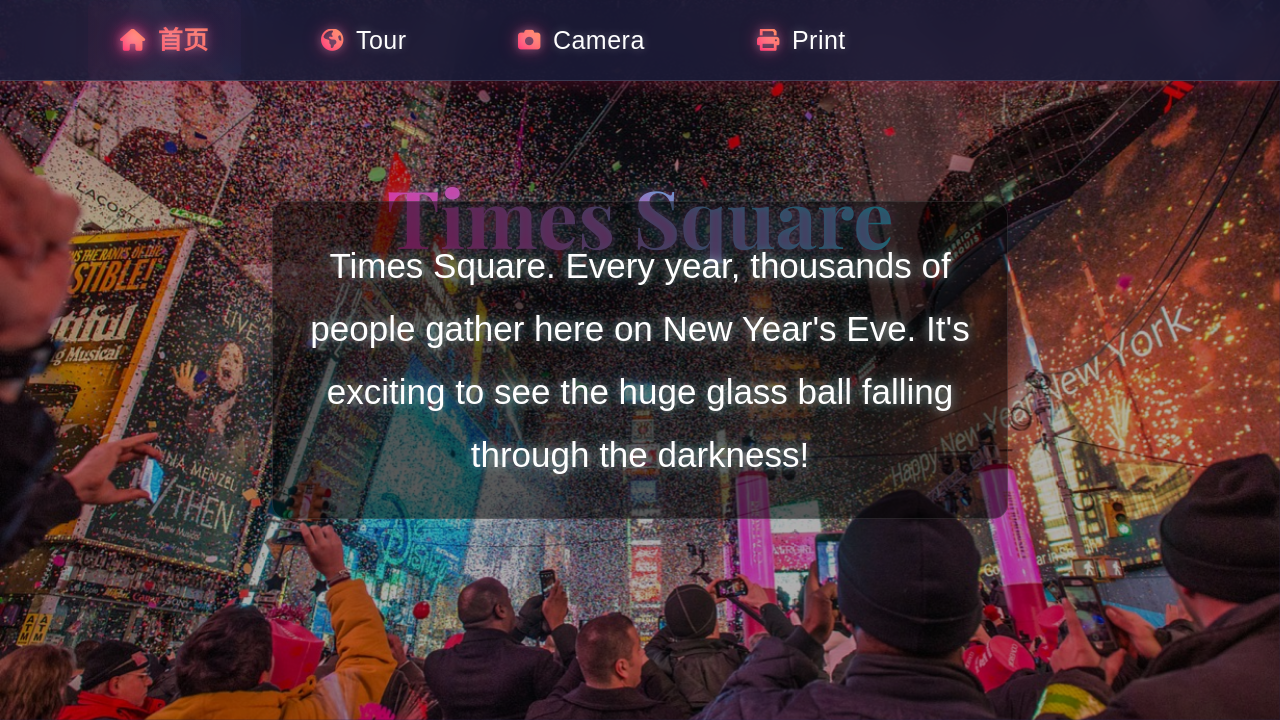
Repository: huang-heavenly-Emperor/NewYork
Page: times-square.html
The author's editor kept a copy of each file at every save. The page is drawn from the files as they stood at one save, then again after the next save.
The browser window is 1280 px wide. The pictures show the whole page.

Above is the page before, as saved 2024-12-12 09:55:33.

### times-square.html
<!DOCTYPE html>
<html lang="en">

<head>
  <meta charset="UTF-8">
  <meta name="viewport" content="width=device-width, initial-scale=1.0">
  <title>Times Square - NYC</title>
  <link rel="stylesheet" href="css/times-square.css">
  <link rel="stylesheet" href="https://cdnjs.cloudflare.com/ajax/libs/font-awesome/6.0.0/css/all.min.css">
  <link rel="stylesheet" href="css/animations.css">
  <link rel="stylesheet" href="css/style.css">
  <link href="https://fonts.googleapis.com/css2?family=Playfair+Display:wght@700&family=Inter:wght@400;500&display=swap"
    rel="stylesheet">
</head>

<body>
  <nav class="main-nav">
    <ul class="nav-links">
      <li>
        <a href="/" class="active">
          <i class="fas fa-home"></i>
          首页
        </a>
      </li>
      <li class="dropdown">
        <a href="/tour">
          <i class="fas fa-globe-americas"></i>
          Tour
        </a>
        <ul class="dropdown-menu">
          <li>
            <a href="/asia">
              <i class="fas fa-torii-gate"></i>
              Asia
            </a>
          </li>
          <li>
            <a href="/africa">
              <i class="fas fa-sun"></i>
              Africa
            </a>
          </li>
          <li>
            <a href="/europe">
              <i class="fas fa-landmark"></i>
              Europe
            </a>
          </li>
          <li class="nested-dropdown">
            <a href="/america">
              <i class="fas fa-flag-usa"></i>
              America
            </a>
            <ul class="nested-dropdown-menu">
              <li class="usa-dropdown">
                <a href="/usa">
                  <i class="fas fa-star"></i>
                  The USA
                </a>
                <ul class="usa-dropdown-menu">
                  <li>
                    <a href="/wall-street">
                      <i class="fas fa-chart-line"></i>
                      Wall Street
                    </a>
                  </li>
                  <li>
                    <a href="/times-square">
                      <i class="fas fa-city"></i>
                      Times Square
                    </a>
                  </li>
                  <li>
                    <a href="/san-francisco">
                      <i class="fas fa-bridge"></i>
                      San Francisco
                    </a>
                  </li>
                  <li>
                    <a href="/broadway">
                      <i class="fas fa-theater-masks"></i>
                      Broadway
                    </a>
                  </li>
                </ul>
              </li>
            </ul>
          </li>
          <li>
            <a href="/others">
              <i class="fas fa-ellipsis-h"></i>
              Others
            </a>
          </li>
        </ul>
      </li>
      <li>
        <a href="/camera">
          <i class="fas fa-camera"></i>
          Camera
        </a>
      </li>
      <li>
        <a href="/print">
          <i class="fas fa-print"></i>
          Print
        </a>
      </li>
    </ul>
  </nav>

  <div class="banner">
    <img src="images/2.jpg" alt="Times Square">
    <h1>Times Square</h1>
  </div>

  <article class="content">
    <p class="article-text">
      Times Square. Every year, thousands of people gather here on New Year's Eve. It's exciting to see the huge glass ball falling through the darkness!
    </p>
  </article>
</body>

</html>

### css/times-square.css
/* 基础样式 */
* {
    margin: 0;
    padding: 0;
    box-sizing: border-box;
}

body {
    font-family: 'Inter', sans-serif;
    line-height: 1.6;
    color: #ffffff;
    background: #000000;
    height: 100vh;
    overflow: hidden;
}

/* Banner区域 */
.banner {
    position: relative;
    width: 100vw;
    height: 100vh;
    overflow: hidden;
}

.banner img {
    width: 100%;
    height: 100%;
    object-fit: cover;
    filter: brightness(0.7);
    animation: zoomIn 1.5s ease-out forwards;
}

.banner h1 {
    position: absolute;
    top: 30%;
    left: 50%;
    transform: translate(-50%, -50%);
    font-family: 'Playfair Display', serif;
    font-size: 5rem;
    background: linear-gradient(45deg, #FF1493, #00FFFF);
    -webkit-background-clip: text;
    -webkit-text-fill-color: transparent;
    text-shadow:
        0 0 10px rgba(255, 20, 147, 0.5),
        0 0 20px rgba(0, 255, 255, 0.5);
    opacity: 0;
    animation: titleReveal 1.2s ease-out 0.8s forwards;
}

/* 文章内容 */
.content {
    position: absolute;
    top: 50%;
    left: 50%;
    transform: translate(-50%, -50%);
    max-width: 800px;
    width: 90%;
    padding: 2rem;
    z-index: 2;
    opacity: 0;
    animation: contentFadeIn 1s ease-out 1.5s forwards;
}

.article-text {
    font-size: 35px;
    line-height: 1.8;
    color: #ffffff;
    text-align: center;
    text-shadow:
        0 0 10px rgba(255, 255, 255, 0.5),
        0 0 20px rgba(0, 255, 255, 0.3);
    background: rgba(0, 0, 0, 0.5);
    padding: 2rem;
    border-radius: 15px;
    backdrop-filter: blur(10px);
    border: 1px solid rgba(255, 255, 255, 0.1);
}

/* 动画定义 */
@keyframes zoomIn {
    0% {
        transform: scale(1.2);
        filter: brightness(0);
    }
    100% {
        transform: scale(1);
        filter: brightness(0.7);
    }
}

@keyframes titleReveal {
    0% {
        opacity: 0;
        transform: translate(-50%, -30%);
        letter-spacing: 15px;
        text-shadow:
            0 0 20px rgba(255, 20, 147, 0.8),
            0 0 40px rgba(0, 255, 255, 0.8);
    }
    100% {
        opacity: 1;
        transform: translate(-50%, -50%);
        letter-spacing: normal;
        text-shadow:
            0 0 10px rgba(255, 20, 147, 0.5),
            0 0 20px rgba(0, 255, 255, 0.5);
    }
}

@keyframes contentFadeIn {
    0% {
        opacity: 0;
        transform: translate(-50%, -30%);
    }
    100% {
        opacity: 1;
        transform: translate(-50%, -50%);
    }
}

/* 响应式设计 */
@media (max-width: 768px) {
    .banner h1 {
        font-size: 3rem;
    }

    .article-text {
        font-size: 28px;
        padding: 1.5rem;
    }
}

@media (max-width: 480px) {
    .banner h1 {
        font-size: 2.5rem;
    }

    .article-text {
        font-size: 24px;
        padding: 1rem;
    }
}

### css/animations.css
/* 开屏动画 */
@keyframes fadeInScale {
  0% {
    opacity: 0;
    transform: scale(0.9);
  }
  50% {
    opacity: 0.5;
    transform: scale(1.02);
  }
  100% {
    opacity: 1;
    transform: scale(1);
  }
}

@keyframes slideInFromBottom {
  0% {
    opacity: 0;
    transform: translate(-50%, 50px);
  }
  60% {
    opacity: 0.8;
    transform: translate(-50%, -5px);
  }
  80% {
    transform: translate(-50%, 2px);
  }
  100% {
    opacity: 1;
    transform: translate(-50%, 0);
  }
}

@keyframes slideInFromTop {
  0% {
    opacity: 0;
    transform: translateY(-30px);
  }
  100% {
    opacity: 1;
    transform: translateY(0);
  }
}

@keyframes fadeInRotate {
  0% {
    opacity: 0;
    transform: rotate(-10deg) scale(0.95);
  }
  100% {
    opacity: 1;
    transform: rotate(0) scale(1);
  }
}

/* 导航栏画 */
.main-nav {
  animation: slideInFromTop 0.8s cubic-bezier(0.34, 1.56, 0.64, 1);
}

.nav-links li {
  opacity: 0;
  animation: fadeInRotate 0.6s cubic-bezier(0.34, 1.56, 0.64, 1) forwards;
}

.nav-links li:nth-child(1) { animation-delay: 0.2s; }
.nav-links li:nth-child(2) { animation-delay: 0.3s; }
.nav-links li:nth-child(3) { animation-delay: 0.4s; }
.nav-links li:nth-child(4) { animation-delay: 0.5s; }

/* 导航链接悬停效果 */
.nav-links a {
  transition: all 0.3s cubic-bezier(0.34, 1.56, 0.64, 1);
}

.nav-links a:hover {
  transform: translateY(-2px) scale(1.05);
  text-shadow: 0 2px 4px rgba(0, 0, 0, 0.2);
}

/* 火箭动画 */
.rocketManSVG {
  opacity: 0;
  animation: fadeInScale 1s cubic-bezier(0.23, 1, 0.32, 1) 1s forwards;
}

/* 星星动画 */
.star {
  opacity: 0;
  animation: fadeInRotate 0.8s cubic-bezier(0.34, 1.56, 0.64, 1) forwards;
}

.starContainer .star:nth-child(odd) {
  animation-delay: 0.5s;
}

.starContainer .star:nth-child(even) {
  animation-delay: 0.7s;
}

/* 卫星动画 */
.satellite {
  opacity: 0;
  animation: fadeInScale 1s cubic-bezier(0.23, 1, 0.32, 1) 1.2s forwards;
}

/* 标题动画 */
.demo--dancing-shadows__title {
  animation: fadeInScale 1.8s cubic-bezier(0.23, 1, 0.32, 1);
}

.text-wrapper {
  animation: fadeInScale 2s cubic-bezier(0.23, 1, 0.32, 1) 0.2s backwards;
}

/* CTA按钮动画 */
.cta-wrapper {
  position: fixed;
  bottom: 50px;
  left: 50%;
  transform: translateX(-50%);
  z-index: 1000;
  animation: slideInFromBottom 1.2s cubic-bezier(0.34, 1.56, 0.64, 1) 1.5s backwards;
  opacity: 1;
}

.cta-button {
  transition: all 0.5s cubic-bezier(0.34, 1.56, 0.64, 1);
  will-change: transform;
  position: relative;
  z-index: 1000;
  opacity: 1;
}

.cta-button:hover {
  transform: translateY(-6px) scale(1.03);
  box-shadow: 0 12px 35px rgba(255, 107, 107, 0.4);
  background: linear-gradient(135deg,
    rgba(255, 127, 127, 0.98),
    rgba(255, 127, 167, 0.98)
  );
  letter-spacing: 1px;
}

.cta-button:active {
  transform: translateY(-2px) scale(0.98);
  box-shadow: 0 6px 20px rgba(255, 107, 107, 0.4);
  transition: all 0.2s cubic-bezier(0.34, 1.56, 0.64, 1);
}

/* 文字悬停效果 */
.text-item {
  transition: all 0.4s cubic-bezier(0.34, 1.56, 0.64, 1);
  will-change: transform;
}

.text-item:hover {
  transform: translateY(-4px) scale(1.08);
  text-shadow: 0 0.15rem black,
               0 0.25rem black,
               0 0.35rem black,
               0 0.45rem black,
               0 0.65rem black,
               0 0.75rem rgba(255, 255, 255, 0.8),
               0 0.85rem rgba(255, 255, 255, 0.6);
}

/* 背景动画效果 */
.demo--dancing-shadows__title:before {
  transition: all 0.8s cubic-bezier(0.23, 1, 0.32, 1);
}

.demo--dancing-shadows__title:hover:before {
  filter: hue-rotate(25deg) brightness(1.15);
}

### css/style.css
/* 璀璨大气的配色方案 */
:root {
    --primary: #FF1E6C;
    --secondary: #2E8FFF;
    --accent-1: #9D3FFF;
    --accent-2: #00E5B8;
    --accent-3: #FFD700;
    --dark: #1C1C3A;
    --nav-bg: rgba(28, 28, 58, 0.85);
    --text-light: #ffffff;
    --text-dim: rgba(255, 255, 255, 0.9);

    /* 明亮绚丽的渐变 */
    --gradient-1: linear-gradient(45deg, #FF1E6C, #FF8E53);
    --gradient-2: linear-gradient(45deg, #2E8FFF, #00E5B8);
    --gradient-3: linear-gradient(45deg, #9D3FFF, #FF1E6C);
    --gradient-4: linear-gradient(45deg, #FFD700, #FF8E53);
    --gradient-nav: linear-gradient(90deg,
            rgba(255, 30, 108, 0.15),
            rgba(46, 143, 255, 0.15),
            rgba(157, 63, 255, 0.15));

    /* 炫彩光效 */
    --glow-primary: 0 0 20px rgba(255, 30, 108, 0.3);
    --glow-secondary: 0 0 20px rgba(46, 143, 255, 0.3);
    --glow-accent: 0 0 20px rgba(157, 63, 255, 0.3);

    --shadow-sm: 0 2px 8px rgba(255, 30, 108, 0.15);
    --shadow-md: 0 4px 20px rgba(157, 63, 255, 0.2);
    --shadow-lg: 0 8px 30px rgba(46, 143, 255, 0.25);
    --transition: all 0.4s cubic-bezier(0.4, 0, 0.2, 1);
}

body {
    margin: 0;
    padding: 0;
    font-family: 'Poppins', sans-serif;
    background: linear-gradient(135deg, var(--dark), #2A2A5A);
    color: var(--text-light);
    overflow-x: hidden;
}

li {
    list-style: none;
}

/* 现代导航栏样式 */
.main-nav {
    position: fixed;
    left: 0;
    top: 0;
    width: 100%;
    background: var(--nav-bg);
    backdrop-filter: blur(15px);
    z-index: 1000;
    border-bottom: 1px solid rgba(255, 255, 255, 0.15);
    box-shadow: var(--glow-primary);
}

/* 导航链接容器 */
.nav-links {
    display: flex;
    list-style: none;
    margin: 0;
    padding: 0 4rem;
    height: 80px;
}

.nav-links>li {
    position: relative;
    margin: 0 1.5rem;
}

/* 导航链接基础样式 */
.nav-links a {
    display: flex;
    align-items: center;
    padding: 0 2rem;
    height: 100%;
    color: var(--text-light);
    text-decoration: none;
    font-size: 25px;
    font-weight: 500;
    letter-spacing: 0.5px;
    transition: var(--transition);
    position: relative;
    z-index: 1;
    text-shadow: 0 0 10px rgba(255, 255, 255, 0.3);
}

/* 导航链接悬停效果 */
.nav-links>li>a::before {
    content: '';
    position: absolute;
    top: 50%;
    left: 0;
    width: 100%;
    height: 0;
    background: var(--gradient-nav);
    opacity: 0;
    transition: var(--transition);
    z-index: -1;
    border-radius: 8px;
}

.nav-links>li:hover>a::before {
    height: 85%;
    top: 8%;
    opacity: 1;
}

.nav-links>li>a::after {
    content: '';
    position: absolute;
    bottom: 0;
    left: 50%;
    width: 0;
    height: 3px;
    background: var(--gradient-1);
    transform: translateX(-50%);
    transition: var(--transition);
    box-shadow: var(--glow-primary);
}

.nav-links>li:hover>a::after {
    width: 100%;
}

/* 图标动画 */
.nav-links i {
    margin-right: 12px;
    font-size: 1.4rem;
    transition: var(--transition);
    background: var(--gradient-1);
    -webkit-background-clip: text;
    background-clip: text;
    -webkit-text-fill-color: transparent;
    filter: drop-shadow(0 0 8px rgba(255, 30, 108, 0.5));
}

.nav-links a:hover i {
    transform: translateY(-3px) scale(1.2);
    background: var(--gradient-4);
    -webkit-background-clip: text;
    background-clip: text;
    filter: drop-shadow(0 0 12px rgba(255, 215, 0, 0.6));
}

/* 下拉菜单容器 */
.dropdown-menu,
.nested-dropdown-menu,
.usa-dropdown-menu {
    position: absolute;
    background: rgba(28, 28, 58, 0.9);
    backdrop-filter: blur(20px);
    min-width: 280px;
    opacity: 0;
    visibility: hidden;
    transform: translateY(20px);
    transition: var(--transition);
    border-radius: 16px;
    padding: 1rem 0;
    border: 1px solid rgba(255, 255, 255, 0.2);
    box-shadow: var(--shadow-lg), var(--glow-secondary);
}

.dropdown-menu {
    top: 100%;
    left: 50%;
    transform: translateX(-50%) translateY(20px);
    margin-top: 0.5rem;
}

.nested-dropdown-menu,
.usa-dropdown-menu {
    top: 0;
    left: calc(100% + 0.5rem);
    transform: translateX(20px);
}

/* 特殊处理 America 的二级菜单 */
.usa-dropdown-menu {
    top: -0.5rem;
    /* 调整垂直位置与父菜单项对齐 */
}

/* 下拉菜单显示动画 */
.dropdown:hover>.dropdown-menu {
    opacity: 1;
    visibility: visible;
    transform: translateX(-50%) translateY(0);
}

.nested-dropdown:hover>.nested-dropdown-menu,
.usa-dropdown:hover>.usa-dropdown-menu {
    opacity: 1;
    visibility: visible;
    transform: translateX(0);
}

/* 为二级菜单创建更大的可hover区域 */
.nested-dropdown,
.usa-dropdown {
    position: relative;
    padding-right: 1.5rem;
    /* 为箭头图标留出空间 */
}

.nested-dropdown::before,
.usa-dropdown::before {
    content: '';
    position: absolute;
    top: -1rem;
    right: -1rem;
    bottom: -1rem;
    width: 3rem;
    /* 扩大可点击区域 */
    background: transparent;
}

/* 下拉菜单项样式 */
.dropdown-menu a,
.nested-dropdown-menu a,
.usa-dropdown-menu a {
    padding: 1.2rem 2rem;
    color: var(--text-dim);
    font-size: 22px;
    border-left: 3px solid transparent;
    background: linear-gradient(90deg, transparent, transparent);
    transition: var(--transition);
    white-space: nowrap;
}

.dropdown-menu a:hover,
.nested-dropdown-menu a:hover,
.usa-dropdown-menu a:hover {
    color: var(--text-light);
    background: var(--gradient-nav);
    border-left: 3px solid var(--primary);
    transform: translateX(5px);
    box-shadow: var(--glow-primary);
}

/* 下拉指示器 */
.dropdown>a::after {
    content: '▾';
    margin-left: 10px;
    font-size: 1.4em;
    transition: var(--transition);
    background: var(--gradient-1);
    -webkit-background-clip: text;
    background-clip: text;
    -webkit-text-fill-color: transparent;
    filter: drop-shadow(0 0 8px rgba(255, 30, 108, 0.5));
}

.nested-dropdown>a::after {
    content: '▸';
}

.dropdown:hover>a::after {
    transform: rotate(180deg);
    background: var(--gradient-4);
    -webkit-background-clip: text;
    background-clip: text;
    filter: drop-shadow(0 0 12px rgba(255, 215, 0, 0.6));
}

.nested-dropdown:hover>a::after {
    transform: rotate(90deg);
}

/* 激活状态 */
.nav-links a.active {
    background: var(--gradient-1);
    -webkit-background-clip: text;
    background-clip: text;
    -webkit-text-fill-color: transparent;
    font-weight: 600;
    filter: drop-shadow(0 0 8px rgba(255, 30, 108, 0.5));
}

.nav-links a.active::before {
    opacity: 0.2;
    height: 100%;
    top: 0;
}

/* 滚动效果 */
.main-nav.scrolled {
    background: var(--nav-bg);
    box-shadow: var(--shadow-md), var(--glow-primary);
}

/* Hero Section */
.hero {
    height: 100vh;
    background-image: url('https://images.unsplash.com/photo-1469854523086-cc02fe5d8800?ixlib=rb-4.0.3');
    background-size: cover;
    background-position: center;
    background-attachment: fixed;
    display: flex;
    align-items: center;
    justify-content: center;

    position: absolute;
    top: 0;
    left: 0;
    right: 0;
    bottom: 0;
    z-index: 2000;
}

.hero::before {
    content: '';
    position: absolute;
    top: 0;
    left: 0;
    right: 0;
    bottom: 0;
    background: linear-gradient(135deg,
            rgba(28, 28, 58, 0.7),
            rgba(46, 143, 255, 0.6),
            rgba(255, 30, 108, 0.5));
    backdrop-filter: blur(2px);
}

.hero-content {
    text-align: center;
    position: relative;
    z-index: 1;
    padding: 2rem;
}

After the next save:
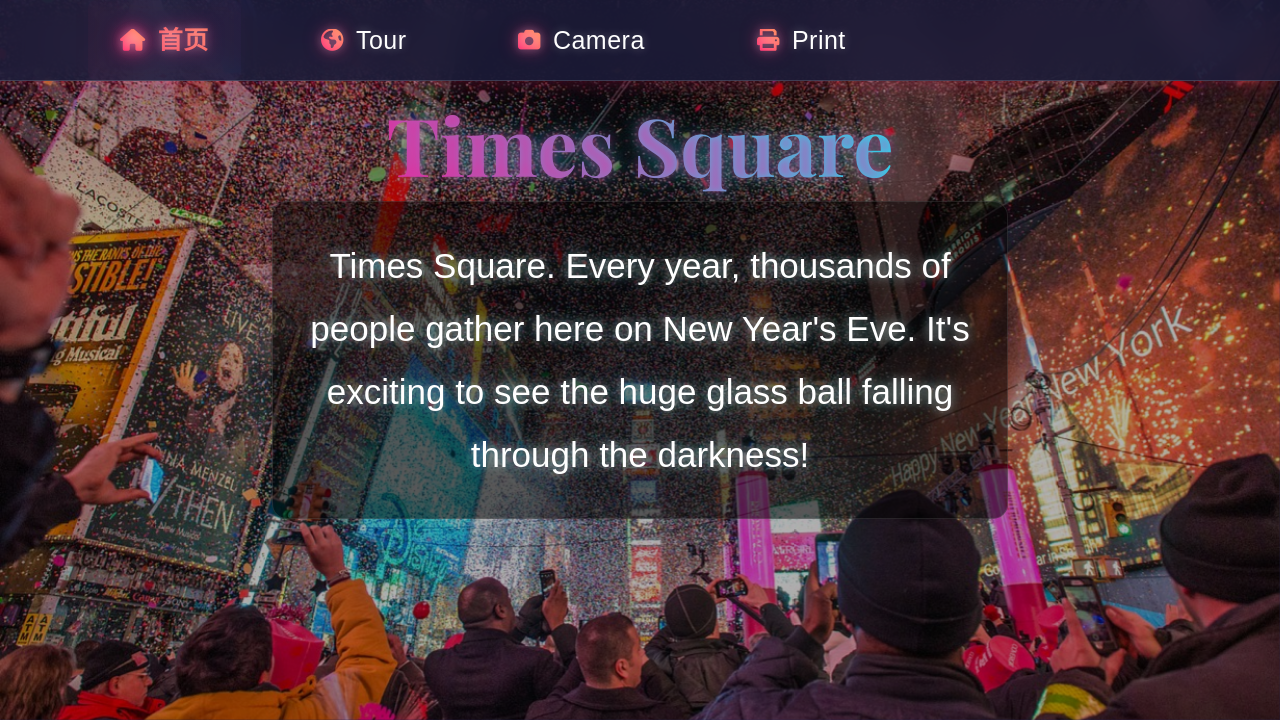
Saved 57 s later.
--- a/css/times-square.css
+++ b/css/times-square.css
@@ -32,7 +32,7 @@
 
 .banner h1 {
     position: absolute;
-    top: 30%;
+    top: 20%;
     left: 50%;
     transform: translate(-50%, -50%);
     font-family: 'Playfair Display', serif;
@@ -91,7 +91,7 @@
 @keyframes titleReveal {
     0% {
         opacity: 0;
-        transform: translate(-50%, -30%);
+        transform: translate(-50%, -20%);
         letter-spacing: 15px;
         text-shadow:
             0 0 20px rgba(255, 20, 147, 0.8),
